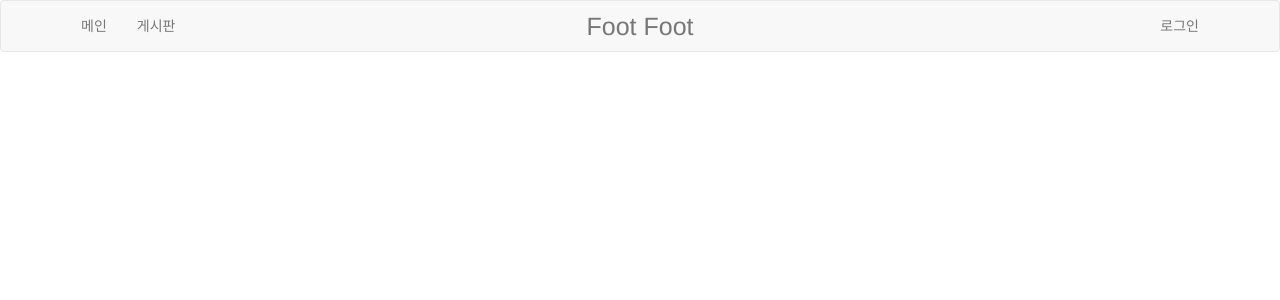
Repository: YuJunHa1/footfoot
Page: http://localhost/footfoot/main.jsp
The author's editor kept a copy of each file at every save. The page is drawn from the files as they stood at one save, then again after the next save.
The browser window is 1280 px wide. The pictures show the whole page.
Some web libraries are served in a nearby version. The page is served by Tomcat 9.

Above is the page before, as saved 2024-10-05 07:34:58.

After the next save:
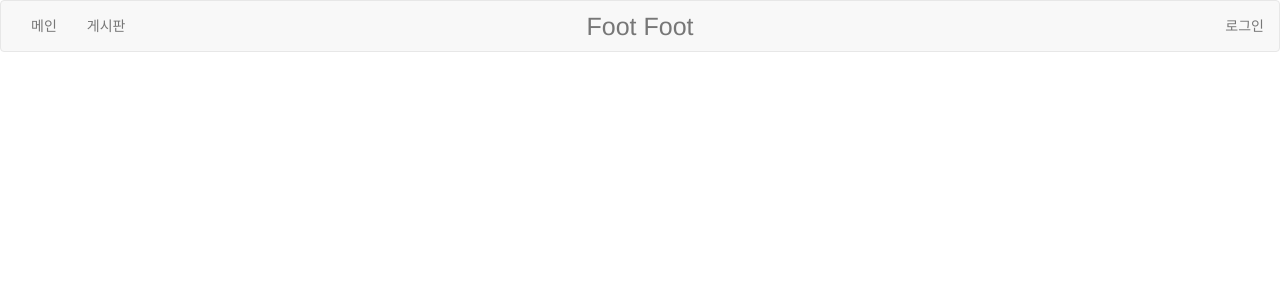
Saved 3 min 42 s later.
--- a/footfoot/src/main/webapp/main.jsp
+++ b/footfoot/src/main/webapp/main.jsp
@@ -8,17 +8,28 @@
 <link rel="stylesheet" href="css/bootstrap.css">
 <title>footfoot</title>
 <style>
+  .navbar {
+    position: relative;
+  }
+
   .navbar-brand {
     position: absolute;
     left: 50%;
     transform: translateX(-50%);
     font-size: 25px;
   }
+
   .navbar-nav {
+    display: flex;
+    align-items: center;
+  }
+
+  .navbar-left {
+    margin-right: auto;
+  }
+
+  .navbar-right {
     margin-left: auto;
-    margin-right: auto;
-    margin-left: 50px;
-    margin-right: 50px;
   }
 </style>
 </head>
